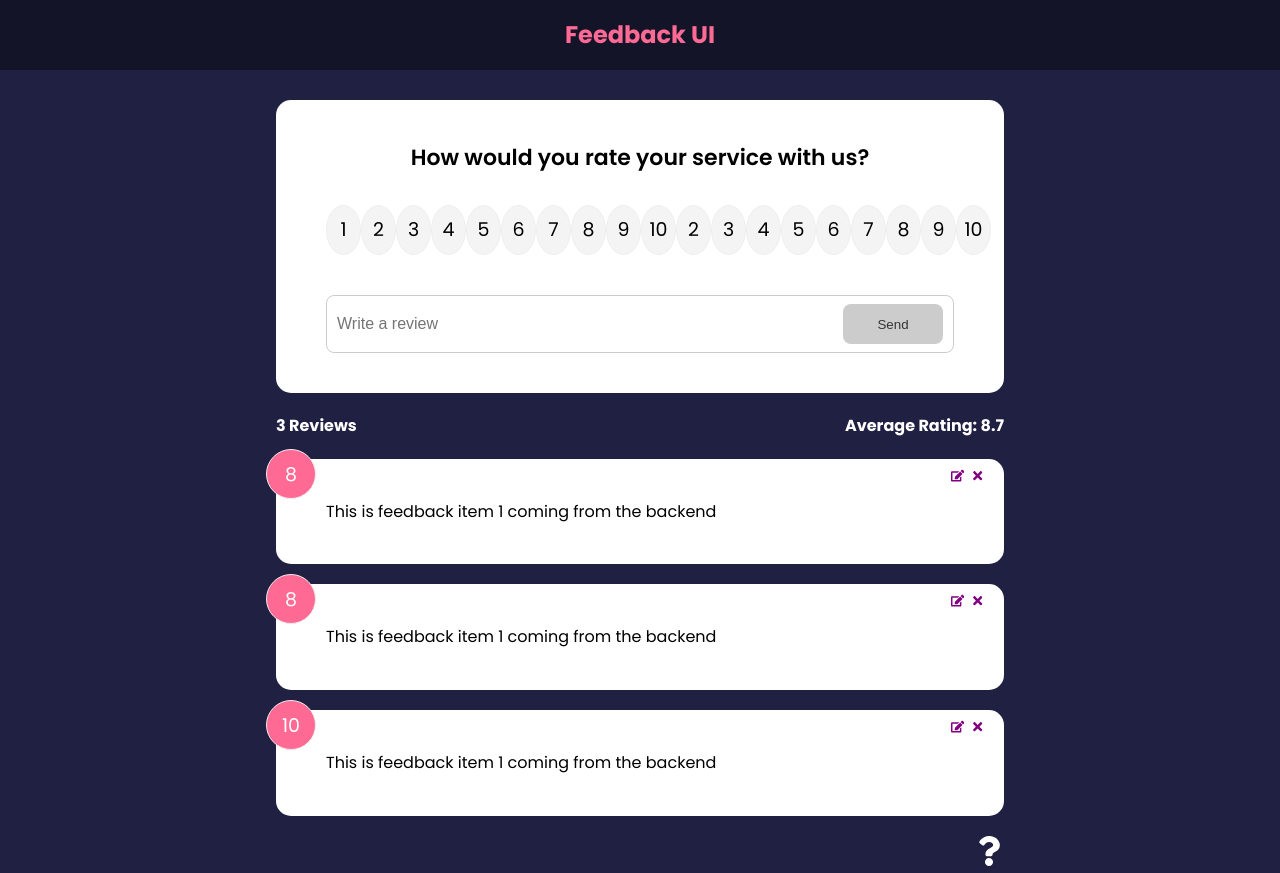
Repository: minhtien9/Feedback_App
Page: /
These files come from the project's save history. The page is drawn as it stood at one moment and after the next save; the edit follows.
The browser window is 1280 px wide. The pictures show the whole page.
The project was rebuilt for these pictures with package versions that can differ from the ones it lists, and the page was loaded fresh each time. Requests to the local data server were answered from the project's data file. Also part of the build but not shown: src/pages/AboutPage.jsx.

Above is the page before, as saved 2022-02-19 20:20:23.

### src/index.css
@import url('https://fonts.googleapis.com/css2?family=Poppins:wght@400;600;700&display=swap');

* {
    box-sizing: border-box;
    margin: 0;
    padding: 0;
}

body {
    font-family: 'Poppins', sans-serif;
    background-color: #202142;
    color: #fff;
    line-height: 1.6;
}

ul {
    list-style: none;
}

.container {
    max-width: 768px;
    margin: auto;
    padding: 0 20px;
}

header {
    height: 70px;
    width: 100%;
    display: flex;
    justify-content: space-between;
    align-items: center;
    margin-bottom: 30px;
}

.card {
    background-color: #fff;
    color: #333;
    border-radius: 15px;
    padding: 40px 50px;
    margin: 20px 0;
    position: relative;
}

.card.reverse {
    background-color: rgba(0, 0, 0, 0.4);
    color: #fff;
}

.card h2 {
    font-size: 22px;
    font-weight: 600;
    text-align: center;
}

.rating {
    display: flex;
    align-items: center;
    justify-content: space-around;
    margin: 30px 0 40px;
}

.rating li,
.num-display {
    position: relative;
    background: #f4f4f4;
    width: 50px;
    height: 50px;
    padding: 10px;
    text-align: center;
    border-radius: 50%;
    font-size: 19px;
    border: 1px #eee solid;
    transition: 0.3s;
}

.rating li label {
    position: absolute;
    top: 50%;
    left: 50%;
    width: 50px;
    height: 50px;
    padding: 10px;
    border-radius: 50%;
    transform: translate(-50%, -50%);
    cursor: pointer;
}

.rating li:hover,
.num-display {
    background: #ff6a95;
    color: #fff;
}

[type='radio'] {
    opacity: 0;
}

[type='radio']:checked ~ label {
    background: #ff6a95;
    color: #fff;
}

.input-group {
    display: flex;
    flex-direction: row;
    border: 1px solid #ccc;
    padding: 8px 10px;
    border-radius: 8px;
}

input {
    flex-grow: 2;
    border: none;
    font-size: 16px;
}

input:focus {
    outline: none;
}

.feedback-stats {
    color: #fff;
    display: flex;
    justify-content: space-between;
    align-items: center;
}

.num-display {
    position: absolute;
    top: -10px;
    left: -10px;
}

.close,
.edit {
    position: absolute;
    top: 10px;
    right: 20px;
    cursor: pointer;
    background: none;
    border: none;
}

.edit {
    right: 40px;
}

.btn {
    color: #fff;
    border: 0;
    border-radius: 8px;
    color: #fff;
    width: 100px;
    height: 40px;
    cursor: pointer;
}

.btn-primary {
    background-color: #202142;
}

.btn-secondary {
    background: #ff6a95;
}

.btn:hover {
    transform: scale(0.98);
    opacity: 0.9;
}

.btn:disabled {
    background-color: #cccccc;
    color: #333;
    cursor: auto;
}

.btn:disabled:hover {
    transform: scale(1);
    opacity: 1;
}

.message {
    padding-top: 10px;
    text-align: center;
    color: rebeccapurple;
}

/* FIX: Remove position: absolute to keep about icon at the bottom of the
 * document */
.about-link {
    display: flex;
    justify-content: flex-end;
}

/* FIX: Remove position: absolute to keep about icon at the bottom of the
 * document */
.about-link a {
    color: #fff;
    cursor: pointer;
}

.about-link a:hover {
    color: #ff6a95;
}

.about h1 {
    margin-bottom: 20px;
}

.about p {
    margin: 10px 0;
}

@media (max-width: 600px) {
    .rating li {
        margin: 10px 3px;
    }

    .rating {
        display: flex;
        align-items: center;
        justify-content: center;
        flex-wrap: wrap;
        margin: 30px 0 40px;
    }

    .input-group input {
        width: 80%;
    }
}

### src/App.js
import { BrowserRouter as Router, Route, Routes } from 'react-router-dom'
import AboutIcon from './components/AboutIcon'
import FeedbackForm from './components/FeedbackForm'
import FeedbackList from './components/FeedbackList'
import FeedbackStats from './components/FeedbackStats'
import Header from './components/Header'
import { FeedbackProvider } from './context/FeedbackContext'
import AboutPage from './pages/AboutPage'

function App() {
    return (
        <FeedbackProvider>
            <Router>
                <Header />
                <div className='container'>
                    <Routes>
                        <Route
                            exact
                            path='/'
                            element={
                                <>
                                    <FeedbackForm />
                                    <FeedbackStats />
                                    <FeedbackList />
                                </>
                            }
                        ></Route>

                        <Route path='/about' element={<AboutPage />}></Route>
                    </Routes>
                    <AboutIcon />
                </div>
            </Router>
        </FeedbackProvider>
    )
}

export default App

### src/components/AboutIcon.jsx
import { FaQuestion } from 'react-icons/fa'
import { Link } from 'react-router-dom'
AboutIcon.propTypes = {}

function AboutIcon() {
    return (
        <div className='about-link'>
            <Link to='/about'>
                <FaQuestion size={30} />
            </Link>
        </div>
    )
}

export default AboutIcon

### src/components/FeedbackForm.jsx
import { useContext, useEffect, useState } from 'react'
import Button from './UI/Button'
import Card from './UI/Card'
import RatingSelect from './RatingSelect'
import FeedbackContext from '../context/FeedbackContext'

FeedbackForm.propTypes = {}

function FeedbackForm() {
    const { addFeedback, feedbackEdit, updateFeedback } =
        useContext(FeedbackContext)
    const [text, setText] = useState('')
    const [btnDisabled, setBtnDisabled] = useState(true)
    const [message, setMessage] = useState('')
    const [rating, setRating] = useState(10)

    useEffect(() => {
        if (feedbackEdit.edit === true) {
            setBtnDisabled(false)
            setText(feedbackEdit.item.text)
            setRating(feedbackEdit.item.rating)
        }
    }, [feedbackEdit])

    const handleTextChange = (e) => {
        if (text === '') {
            setBtnDisabled(true)
            setMessage(null)
        } else if (text !== '' && text.trim().length <= 10) {
            setMessage('Text must be at least 10 characters')
            setBtnDisabled(true)
        } else {
            setBtnDisabled(false)
            setMessage(null)
        }
        setText(e.target.value)
    }

    const handleSubmit = (e) => {
        e.preventDefault()
        if (text.trim().length > 10) {
            const newFeedback = { text, rating }

            if (feedbackEdit.edit === true) {
                updateFeedback((feedbackEdit.item.id, newFeedback))
            } else {
                addFeedback(newFeedback)
            }

            setText('')
        }
    }
    return (
        <Card>
            <form onSubmit={handleSubmit}>
                <h2>How would you rate your service with us?</h2>

                <RatingSelect select={(rating) => setRating(rating)} />
                <div className='input-group'>
                    <input
                        onChange={handleTextChange}
                        type='text'
                        placeholder='Write a review'
                        value={text}
                    />
                    <Button type='submit' isDisabled={btnDisabled}>
                        Send
                    </Button>
                </div>
                {message && <div className='message'>{message}</div>}
            </form>
        </Card>
    )
}

export default FeedbackForm

### src/components/FeedbackList.jsx
import { AnimatePresence, motion } from 'framer-motion'
import { useContext } from 'react'
import FeedbackContext from '../context/FeedbackContext'
import FeedbackItem from './FeedbackItem'
import Spinner from './UI/Spinner'

function FeedbackList({ handeDelete }) {
    const { feedback, isLoading } = useContext(FeedbackContext)
    if (!isLoading && (!feedback || feedback.length === 0)) {
        return <p>No Feedback Yet</p>
    }

    return isLoading ? (
        <Spinner />
    ) : (
        <div className='feedback-list'>
            <AnimatePresence>
                {feedback.map((item) => (
                    <motion.div
                        key={item.id}
                        initial={{ opacity: 0 }}
                        animate={{ opacity: 1 }}
                        exit={{ opacity: 0 }}
                    >
                        <FeedbackItem
                            key={item.id}
                            item={item}
                            handeDelete={handeDelete}
                        />
                    </motion.div>
                ))}
            </AnimatePresence>
        </div>
    )
}

export default FeedbackList

### src/components/FeedbackStats.jsx
import React, { useContext } from 'react'
import FeedbackContext from '../context/FeedbackContext'

function FeedbackStats() {
    const { feedback } = useContext(FeedbackContext)
    let average =
        feedback.reduce((acc, cur) => {
            return acc + cur.rating
        }, 0) / feedback.length

    average = average.toFixed(1).replace(/[.,]0$/, '')
    return (
        <div className='feedback-stats'>
            <h4>{feedback.length} Reviews</h4>
            <h4>Average Rating: {isNaN(average) ? 0 : average}</h4>
        </div>
    )
}

export default FeedbackStats

### src/components/Header.jsx
import React from 'react'
import PropTypes from 'prop-types'

Header.propTypes = {
    text: PropTypes.string,
    bgColor: PropTypes.string,
    textColor: PropTypes.string,
}

Header.defaultProps = {
    text: 'Feedback UI',
    bgColor: 'rgba(0,0,0,0.4)',
    textColor: '#ff6a95',
}

function Header({ text, bgColor, textColor }) {
    const headerStyles = { background: bgColor, color: textColor }
    return (
        <header style={headerStyles}>
            <div className='container'>
                <h2>{text}</h2>
            </div>
        </header>
    )
}

export default Header

### src/context/FeedbackContext.js
import { v4 as uuidv4 } from 'uuid'
import { createContext, useState, useEffect } from 'react'

const FeedbackContext = createContext()

export const FeedbackProvider = ({ children }) => {
    const [feedback, setFeedback] = useState([])
    const [isLoading, setIsLoading] = useState(true)

    useEffect(() => {
        fetchFeedback()
    }, [])

    // Fetch feedback
    const fetchFeedback = async () => {
        const response = await fetch(`/feedback?_sort=id&_order=desc`)

        const data = await response.json()

        setFeedback(data)
        setIsLoading(false)
    }

    const [feedbackEdit, setFeedbackEdit] = useState({
        item: {},
        edit: false,
    })

    // Add feedback

    const addFeedback = async (newFeedback) => {
        const response = await fetch('/feedback', {
            method: 'POST',
            headers: { 'Content-Type': 'aplication/json' },
            body: JSON.stringify(newFeedback),
        })

        const data = await response.json()
        setFeedback([data, ...feedback])
    }

    // Delete feedback

    const deleteFeedback = async (id) => {
        if (window.confirm('Are you sure you want to delete?')) {
            await fetch(`/feedback/${id}`, {
                method: 'DELETE',
            })
            setFeedback(feedback.filter((item) => item.id !== id))
        }
    }

    // Update feedback

    const updateFeedback = async (id, upItem) => {
        const response = await fetch(`/feedback/${id}`, {
            method: 'PUT',
            headers: { 'Content-Type': 'application/json' },
            body: JSON.stringify(upItem),
        })

        const data = await response.json()
        setFeedback(
            feedback.map((item) =>
                item.id === id ? { ...item, ...data } : item
            )
        )
    }

    const editFeedback = (item) => {
        setFeedbackEdit({ item, edit: true })
    }

    return (
        <FeedbackContext.Provider
            value={{
                feedback,
                feedbackEdit,
                deleteFeedback,
                addFeedback,
                editFeedback,
                updateFeedback,
                isLoading,
            }}
        >
            {children}
        </FeedbackContext.Provider>
    )
}

export default FeedbackContext

### src/components/UI/Button.jsx
import React from 'react'
import PropTypes from 'prop-types'

Button.propTypes = {
    children: PropTypes.node.isRequired,
    version: PropTypes.string,
    type: PropTypes.string,
    isDisabled: PropTypes.bool,
}

Button.defaultProps = {
    version: 'primary',
    type: 'button',
    isDisabled: false,
}

function Button({ children, version, type, isDisabled }) {
    return (
        <button
            type={type}
            disabled={isDisabled}
            className={`btn btn-${version}`}
        >
            {children}
        </button>
    )
}

export default Button

### src/components/UI/Card.jsx
import React from 'react'
import PropTypes from 'prop-types'

Card.propTypes = {
    children: PropTypes.node.isRequired,
    reverse: PropTypes.bool,
}

Card.defaultProps = {
    reverse: false,
}

function Card({ children, reverse }) {
    return (
        <div
            className='card'
            style={{
                backgroundColor: reverse ? 'rgba(0,0,0,0.4)' : '#fff',
                color: reverse ? '#fff' : '#000',
            }}
        >
            {children}
        </div>
    )
}

export default Card

### src/components/RatingSelect.jsx
function RatingSelect({ select, selected }) {
    // const { feedbackEdit } = useContext(FeedbackContext)
    // const [selected, setSelected] = useState(10)

    // useEffect(() => {
    //     setSelected(feedbackEdit.item.rating)
    // }, [feedbackEdit])

    const handleChange = (e) => {
        // setSelected(+e.target.value)
        // select(+e.target.value)
        select(+e.currentTarget.value)
    }
    return (
        <ul className='rating'>
            {Array.from({ length: 10 }, (_, i) => (
                <li key={`rating-${i + 1}`}>
                    <input
                        type='radio'
                        id={`num${i + 1}`}
                        name='rating'
                        value={i + 1}
                        onChange={handleChange}
                        checked={selected === i + 1}
                    />
                    <label htmlFor={`num${i + 1}`}>{i + 1}</label>
                </li>
            ))}

            <li>
                <input
                    type='radio'
                    id='num2'
                    name='rating'
                    value='2'
                    onChange={handleChange}
                    checked={selected === 2}
                />
                <label htmlFor='num2'>2</label>
            </li>
            <li>
                <input
                    type='radio'
                    id='num3'
                    name='rating'
                    value='3'
                    onChange={handleChange}
                    checked={selected === 3}
                />
                <label htmlFor='num3'>3</label>
            </li>
            <li>
                <input
                    type='radio'
                    id='num4'
                    name='rating'
                    value='4'
                    onChange={handleChange}
                    checked={selected === 4}
                />
                <label htmlFor='num4'>4</label>
            </li>
            <li>
                <input
                    type='radio'
                    id='num5'
                    name='rating'
                    value='5'
                    onChange={handleChange}
                    checked={selected === 5}
                />
                <label htmlFor='num5'>5</label>
            </li>
            <li>
                <input
                    type='radio'
                    id='num6'
                    name='rating'
                    value='6'
                    onChange={handleChange}
                    checked={selected === 6}
                />
                <label htmlFor='num6'>6</label>
            </li>
            <li>
                <input
                    type='radio'
                    id='num7'
                    name='rating'
                    value='7'
                    onChange={handleChange}
                    checked={selected === 7}
                />
                <label htmlFor='num7'>7</label>
            </li>
            <li>
                <input
                    type='radio'
                    id='num8'
                    name='rating'
                    value='8'
                    onChange={handleChange}
                    checked={selected === 8}
                />
                <label htmlFor='num8'>8</label>
            </li>
            <li>
                <input
                    type='radio'
                    id='num9'
                    name='rating'
                    value='9'
                    onChange={handleChange}
                    checked={selected === 9}
                />
                <label htmlFor='num9'>9</label>
            </li>
            <li>
                <input
                    type='radio'
                    id='num10'
                    name='rating'
                    value='10'
                    onChange={handleChange}
                    checked={selected === 10}
                />
                <label htmlFor='num10'>10</label>
            </li>
        </ul>
    )
}

export default RatingSelect

### src/components/FeedbackItem.jsx
import { FaTimes, FaEdit } from 'react-icons/fa'
import PropTypes from 'prop-types'
import Card from './UI/Card'
import { useContext } from 'react'
import FeedbackContext from '../context/FeedbackContext'

FeedbackItem.propTypes = {
    item: PropTypes.object.isRequired,
}

function FeedbackItem({ item, handleDelete }) {
    const { deleteFeedback, editFeedback } = useContext(FeedbackContext)
    return (
        <Card>
            <div className='num-display'>{item.rating}</div>
            <button onClick={() => deleteFeedback(item.id)} className='close'>
                <FaTimes color='purple' />
            </button>
            <button onClick={() => editFeedback()} className='edit'>
                <FaEdit color='purple' />
            </button>
            <div className='text-display'>{item.text}</div>
        </Card>
    )
}

export default FeedbackItem

### src/components/UI/Spinner.jsx
import spinner from '../assets/spinner.gif'
function Spinner() {
    return (
        <img
            src={spinner}
            alt='Loading...'
            style={{ width: '100px', margin: 'auto', display: 'block' }}
        />
    )
}

export default Spinner

### db.json
{
    "feedback": [
        {
            "id": 1,
            "rating": 10,
            "text": "This is feedback item 1 coming from the backend"
        },
        {
            "id": 2,
            "rating": 8,
            "text": "This is feedback item 1 coming from the backend"
        },
        {
            "id": 3,
            "rating": 8,
            "text": "This is feedback item 1 coming from the backend"
        }
    ]
}

Loaded but not shown: public/index.html (common file); src/index.js (common file)

After the next save:
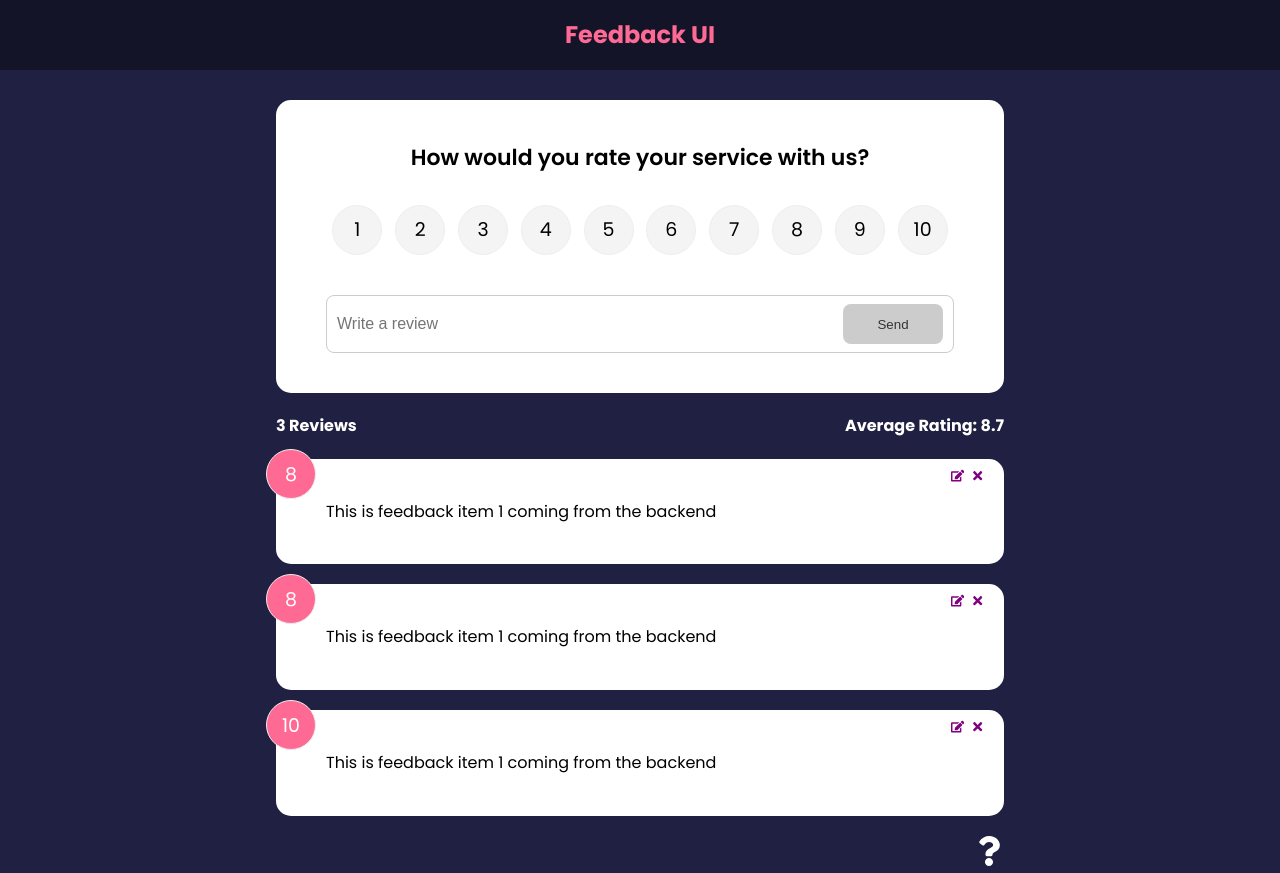
Saved 16 s later.
--- a/src/components/RatingSelect.jsx
+++ b/src/components/RatingSelect.jsx
@@ -26,106 +26,6 @@ function RatingSelect({ select, selected }) {
                     <label htmlFor={`num${i + 1}`}>{i + 1}</label>
                 </li>
             ))}
-
-            <li>
-                <input
-                    type='radio'
-                    id='num2'
-                    name='rating'
-                    value='2'
-                    onChange={handleChange}
-                    checked={selected === 2}
-                />
-                <label htmlFor='num2'>2</label>
-            </li>
-            <li>
-                <input
-                    type='radio'
-                    id='num3'
-                    name='rating'
-                    value='3'
-                    onChange={handleChange}
-                    checked={selected === 3}
-                />
-                <label htmlFor='num3'>3</label>
-            </li>
-            <li>
-                <input
-                    type='radio'
-                    id='num4'
-                    name='rating'
-                    value='4'
-                    onChange={handleChange}
-                    checked={selected === 4}
-                />
-                <label htmlFor='num4'>4</label>
-            </li>
-            <li>
-                <input
-                    type='radio'
-                    id='num5'
-                    name='rating'
-                    value='5'
-                    onChange={handleChange}
-                    checked={selected === 5}
-                />
-                <label htmlFor='num5'>5</label>
-            </li>
-            <li>
-                <input
-                    type='radio'
-                    id='num6'
-                    name='rating'
-                    value='6'
-                    onChange={handleChange}
-                    checked={selected === 6}
-                />
-                <label htmlFor='num6'>6</label>
-            </li>
-            <li>
-                <input
-                    type='radio'
-                    id='num7'
-                    name='rating'
-                    value='7'
-                    onChange={handleChange}
-                    checked={selected === 7}
-                />
-                <label htmlFor='num7'>7</label>
-            </li>
-            <li>
-                <input
-                    type='radio'
-                    id='num8'
-                    name='rating'
-                    value='8'
-                    onChange={handleChange}
-                    checked={selected === 8}
-                />
-                <label htmlFor='num8'>8</label>
-            </li>
-            <li>
-                <input
-                    type='radio'
-                    id='num9'
-                    name='rating'
-                    value='9'
-                    onChange={handleChange}
-                    checked={selected === 9}
-                />
-                <label htmlFor='num9'>9</label>
-            </li>
-            <li>
-                <input
-                    type='radio'
-                    id='num10'
-                    name='rating'
-                    value='10'
-                    onChange={handleChange}
-                    checked={selected === 10}
-                />
-                <label htmlFor='num10'>10</label>
-            </li>
         </ul>
     )
 }
